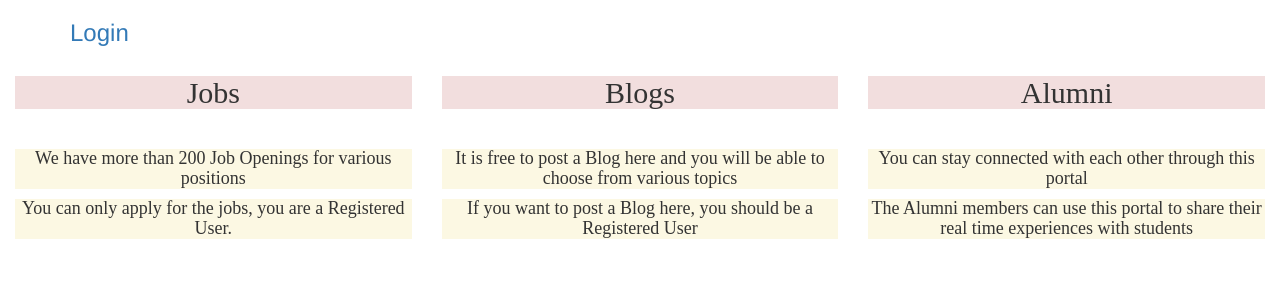
Repository: KaustubhKamat/CollaborationPlatform
Page: CollaborationFrontEnd/WebContent/c_common/Home.html
These files come from the project's save history. The page is drawn as it stood at one moment and after the next save; the edit follows.
The browser window is 1280 px wide. The pictures show the whole page.
Some web libraries are served in a nearby version.

Above is the page before, as saved 2017-03-09 11:55:05.

### CollaborationFrontEnd/WebContent/c_common/Home.html
<!DOCTYPE html>
<html>
<head>
<meta charset="ISO-8859-1">
<title>Insert title here</title>
<meta name="viewport" content="width=device-width, initial-scale=1">
<link rel="stylesheet" href="https://maxcdn.bootstrapcdn.com/bootstrap/3.3.7/css/bootstrap.min.css">
  <script src="https://ajax.googleapis.com/ajax/libs/jquery/3.1.1/jquery.min.js"></script>
  <script src="https://maxcdn.bootstrapcdn.com/bootstrap/3.3.7/js/bootstrap.min.js"></script>
<style>
h2 {
	text-align: center;
	font-family: cursive;
}

h4 {
	text-align: center;
	font-family: cursive;
}
</style>

</head>
<body ng-app="">


<div ng-controller="UserController as ctrl">

<!-- <div class="nav navbar-nav navbar-right">
<a href="#" ng-click="ctrl.myprofile()"> My Profile</a>
</div> -->


<div ng-hide="currentUser.id" class="container">
<div class="nav navbar-nav navbar-left"></div>
<h3><a href="#/login">Login</a></h3>

</div>

	<div class="column">
		<div class="col-sm-4">
			<h2 class="bg-danger">Jobs</h2>
			<img ng-src="resources/Images/job.jpg"></img>
			<h4 class="hidden-md bg-warning">We have more than 200 Job
				Openings for various positions</h4>
			<h4 class="hidden-md bg-warning">You can only apply for the
				jobs, you are a Registered User.</h4>
		</div>

		<div class="col-sm-4">
			<h2 class="bg-danger">Blogs</h2>
			<img ng-src="resources/Images/blog.jpg"></img>
			<h4 class="hidden-md bg-warning">It is free to post a Blog here
				and you will be able to choose from various topics</h4>
			<h4 class="hidden-md bg-warning">If you want to post a Blog
				here, you should be a Registered User</h4>
		</div>

		<div class="col-sm-4">
			<h2 class="bg-danger">Alumni</h2>
			<img ng-src="resources/Images/alumni1.jpg"></img>
			<h4 class="hidden-md bg-warning">You can stay connected with
				each other through this portal</h4>
			<h4 class="hidden-md bg-warning">The Alumni members can use this
				portal to share their real time experiences with students</h4>
		</div>
	</div>



	<div ng-include="'c_common/Footer.html'"></div>


</div>


</body>
</html>

After the next save:
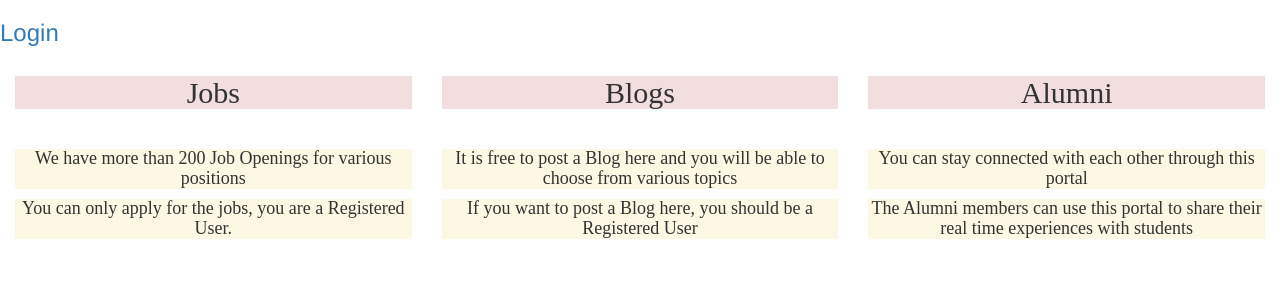
Saved 26 s later.
--- a/CollaborationFrontEnd/WebContent/c_common/Home.html
+++ b/CollaborationFrontEnd/WebContent/c_common/Home.html
@@ -30,7 +30,7 @@
 </div> -->
 
 
-<div ng-hide="currentUser.id" class="container">
+<div ng-hide="currentUser.id" >
 <div class="nav navbar-nav navbar-left"></div>
 <h3><a href="#/login">Login</a></h3>
 

After the save that followed:
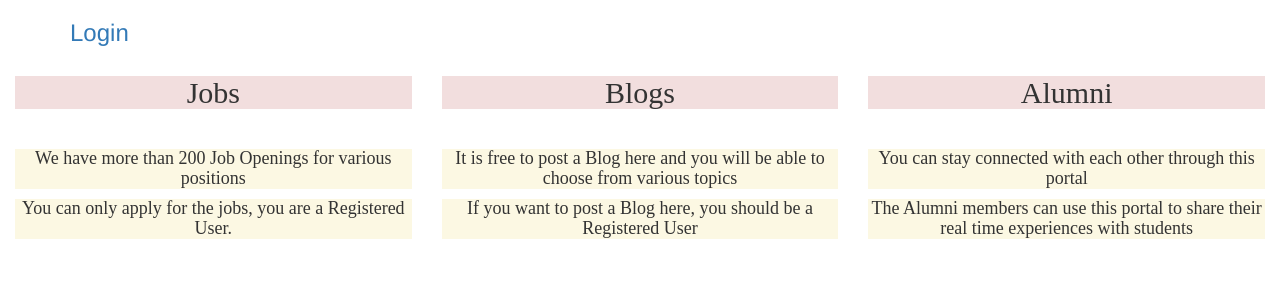
Saved 9 s later.
--- a/CollaborationFrontEnd/WebContent/c_common/Home.html
+++ b/CollaborationFrontEnd/WebContent/c_common/Home.html
@@ -30,7 +30,7 @@
 </div> -->
 
 
-<div ng-hide="currentUser.id" >
+<div ng-hide="currentUser.id" class="container">
 <div class="nav navbar-nav navbar-left"></div>
 <h3><a href="#/login">Login</a></h3>
 
